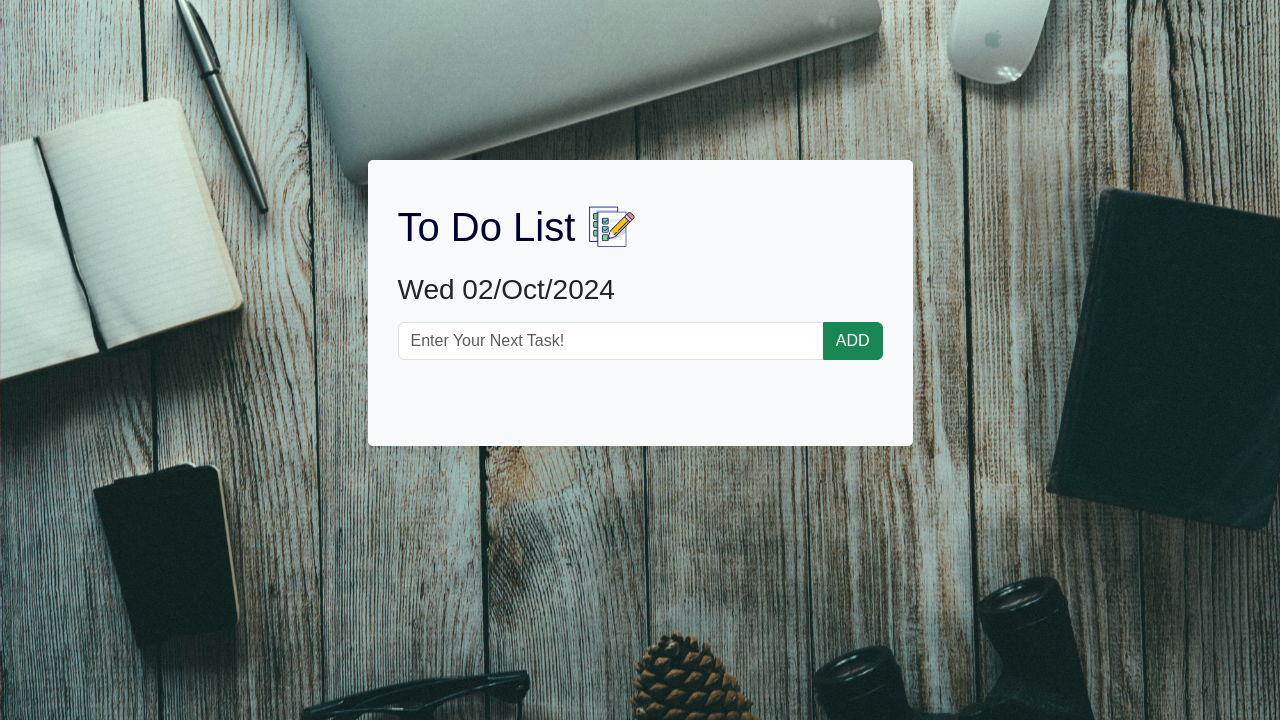
Repository: zeinawady/To_Do_List
Page: index.html
The author's editor kept a copy of each file at every save. The page is drawn from the files as they stood at one save, then again after a run of saves.
The browser window is 1280 px wide. The pictures show the whole page.
Some web libraries are served in a nearby version.

Above is the page before, as saved 2024-10-02 02:52:23.

After the next 3 saves:
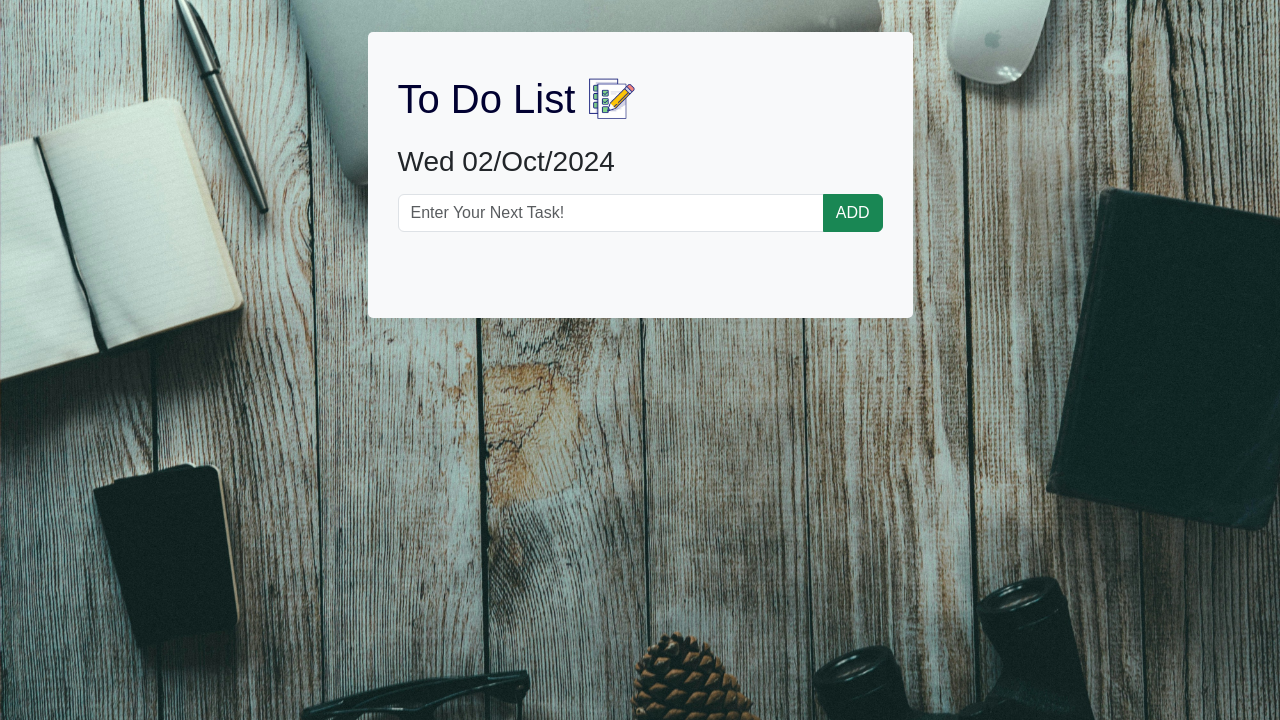
The 3 saves are shown as one change because they came seconds apart.
The last was saved 33 s later.
--- a/css/style.css
+++ b/css/style.css
@@ -27,7 +27,7 @@ li {
     border-radius: 5px;
     transition: 0.5s;
     position: relative;
-    top: 10rem;
+    top: 2rem;
 }
 
 .todo-app:hover {
